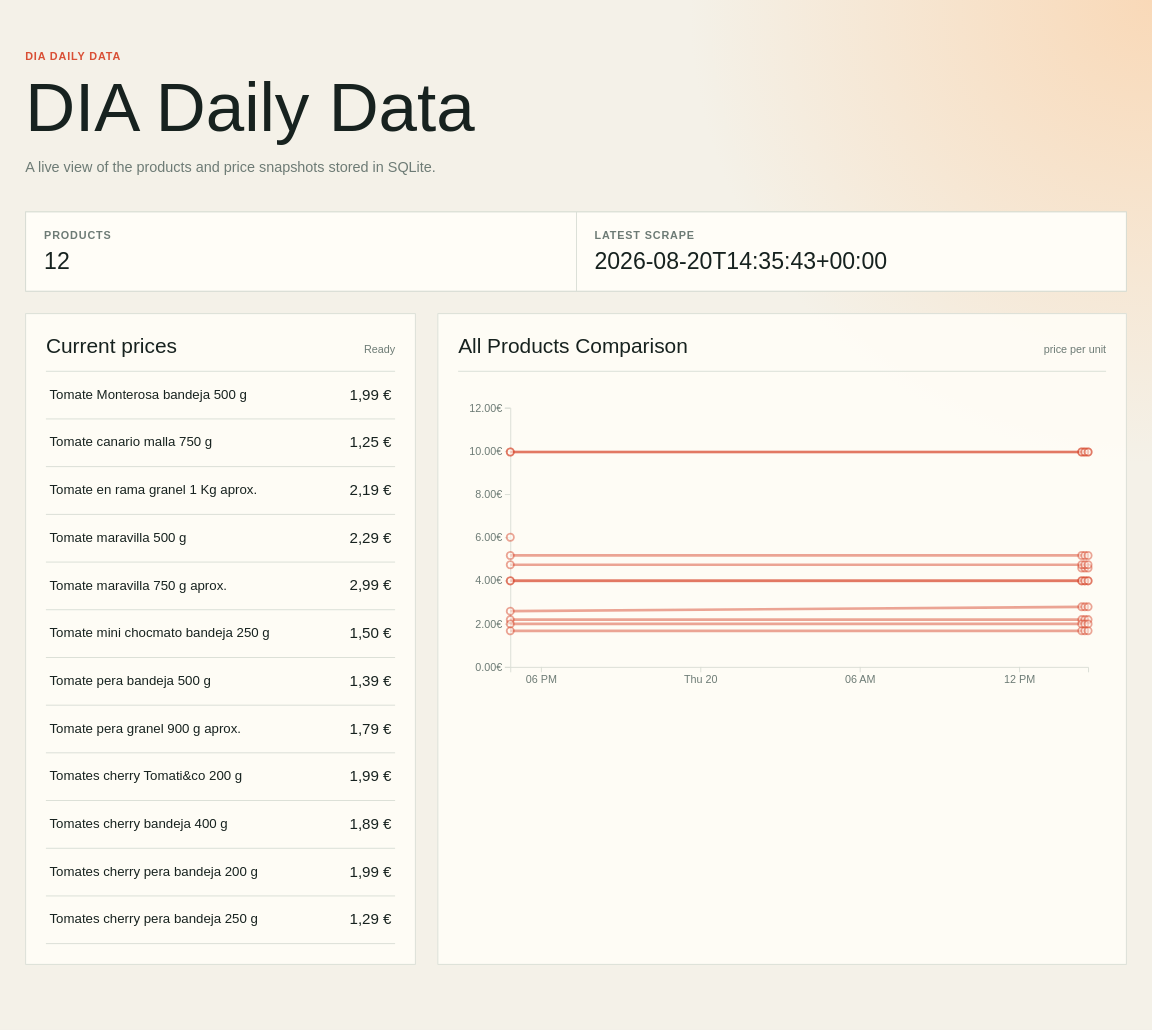
Repository: lloop/dia-daily-data
Page: http://localhost/
An editor plug-in stored every save of this project. The page is shown before and after the next save, followed by the edit.
The browser window is 1280 px wide. The pictures show the whole page, at 90% of full size.
The page is served by the project's application, run on Flask 3 (app.py). Other server files are loaded and not shown. The page reads the database file committed with the project.

Above is the page before, as saved 2026-08-20 17:01:28.

### templates/index.html
<!doctype html>
<html lang="en">
<head>
  <meta charset="utf-8">
  <meta name="viewport" content="width=device-width, initial-scale=1">
  <title>Daily Price Changes From DIA</title>
  <link rel="stylesheet" href="{{ url_for('static', filename='styles.css') }}">
</head>
<body>
  <main class="dashboard">
    <header class="dashboard__header">
      <p class="eyebrow">DIA Daily Data</p>
      <h1>DIA Daily Data</h1>
      <p class="lede">A live view of the products and price snapshots stored in SQLite.</p>
    </header>

    <section class="summary" aria-label="Database summary">
      <div><span class="summary__label">Products</span><strong id="product-count">-</strong></div>
      <div><span class="summary__label">Latest scrape</span><strong id="latest-scrape">-</strong></div>
    </section>

    <section class="content-grid">
      <div class="panel">
        <div class="panel__heading">
          <h2>Current prices</h2>
          <span id="status">Loading...</span>
        </div>
        <div id="product-list" class="product-list"></div>
      </div>

      <div class="panel panel--chart">
        <div class="panel__heading">
          <h2 id="chart-title">Price history</h2>
          <span id="chart-unit"></span>
        </div>
        <svg id="price-chart" role="img" aria-label="Selected product price history"></svg>
        <p id="empty-chart" class="empty-state">Select a product to inspect its price history.</p>
      </div>
    </section>
  </main>

  <script src="https://cdn.jsdelivr.net/npm/d3@7"></script>
  <script src="{{ url_for('static', filename='app.js') }}"></script>
</body>
</html>

### app.py
"""Flask server for exploring scraped DIA product and price data."""

import json
import sqlite3
from pathlib import Path

from flask import Flask, jsonify, render_template

from config import DATABASE_FILE


def create_app(database_path=None):
    """Create the Flask application, optionally using a test database."""
    app = Flask(__name__)
    app.config['DATABASE_FILE'] = Path(database_path or DATABASE_FILE)

    def query_database(query, parameters=()):
        database_file = app.config['DATABASE_FILE']
        if not database_file.exists():
            return []

        with sqlite3.connect(database_file) as connection:
            connection.row_factory = sqlite3.Row
            return [dict(row) for row in connection.execute(query, parameters)]

    @app.get('/')
    def index():
        return render_template('index.html')

    @app.get('/api/products')
    def products():
        rows = query_database(
            """
            SELECT
                products.id,
                products.name,
                products.item_type,
                products.metadata_json,
                latest.price,
                latest.currency,
                latest.raw_price_per_unit,
                latest.unit_price_eur,
                latest.availability,
                latest.scraped_at
            FROM products
            LEFT JOIN price_logs AS latest
                ON latest.id = (
                    SELECT price_logs.id
                    FROM price_logs
                    WHERE price_logs.product_id = products.id
                    ORDER BY price_logs.scraped_at DESC, price_logs.id DESC
                    LIMIT 1
                )
            ORDER BY products.name
            """
        )

        for row in rows:
            row['metadata'] = json.loads(row.pop('metadata_json') or '{}')

        return jsonify(rows)

    @app.get('/api/products/<int:product_id>/price-history')
    def price_history(product_id):
        rows = query_database(
            """
            SELECT price, currency, raw_price_per_unit, unit_price_eur,
                   availability, scraped_at
            FROM price_logs
            WHERE product_id = ?
            ORDER BY scraped_at, id
            """,
            (product_id,),
        )
        return jsonify(rows)

    return app


app = create_app()


if __name__ == '__main__':
    app.run(debug=True)

### static/styles.css
:root {
  color-scheme: light;
  --ink: #17221f;
  --muted: #6d7b75;
  --paper: #f4f1e8;
  --panel: #fffdf7;
  --line: #d8ddd4;
  --accent: #d94f35;
  --accent-soft: #f5d7c8;
}

* { box-sizing: border-box; }
body { margin: 0; background: radial-gradient(circle at top right, #f9d9b8 0, transparent 30%), var(--paper); color: var(--ink); font-family: Arial, Helvetica, sans-serif;}
.dashboard { max-width: 1280px; margin: 0 auto; padding: 56px 28px 72px; }
.dashboard__header { max-width: 700px; margin-bottom: 36px; }
.eyebrow, .summary__label, #status, #chart-unit { font: 600 0.75rem/1.2 Arial, sans-serif; letter-spacing: 0.08em; text-transform: uppercase; }
.eyebrow { color: var(--accent); margin: 0 0 12px; }
h1 { font-size: clamp(2.5rem, 6vw, 5.25rem); line-height: 0.95; margin: 0 0 18px; font-weight: 500; }
.lede { color: var(--muted); font: 1rem/1.6 Arial, sans-serif; margin: 0; }
.summary { display: flex; gap: 1px; margin-bottom: 24px; background: var(--line); border: 1px solid var(--line); }
.summary > div { flex: 1; background: var(--panel); padding: 18px 20px; }
.summary__label { display: block; color: var(--muted); margin-bottom: 8px; }
.summary strong { font-size: 1.6rem; font-weight: 500; }
.content-grid { display: grid; grid-template-columns: minmax(260px, 0.85fr) minmax(420px, 1.5fr); gap: 24px; }
.panel { background: rgba(255, 253, 247, 0.9); border: 1px solid var(--line); padding: 22px; min-height: 420px; }
.panel__heading { display: flex; align-items: baseline; justify-content: space-between; gap: 16px; border-bottom: 1px solid var(--line); padding-bottom: 14px; }
h2 { font-size: 1.45rem; font-weight: 500; margin: 0; }
#status, #chart-unit { color: var(--muted); letter-spacing: 0; text-transform: none; font-weight: 400; }
.product-list { display: grid; }
.product-button { display: flex; justify-content: space-between; gap: 16px; width: 100%; text-align: left; border: 0; border-bottom: 1px solid var(--line); background: transparent; color: inherit; padding: 16px 4px; cursor: pointer; }
.product-button:hover, .product-button.is-selected { background: var(--accent-soft); padding-left: 10px; padding-right: 10px; }
.product-name { font: 0.92rem/1.35 Arial, sans-serif; }
.product-price { white-space: nowrap; font-size: 1.05rem; }
#price-chart { width: 100%; height: 350px; margin-top: 20px; overflow: visible; }
.axis text { fill: var(--muted); font: 12px Arial, sans-serif; }
.axis path, .axis line { stroke: var(--line); }
.chart-line { fill: none; stroke: var(--accent); stroke-width: 3; }
.chart-dot { fill: var(--panel); stroke: var(--accent); stroke-width: 2; }
.empty-state { color: var(--muted); font: 0.95rem/1.5 Arial, sans-serif; }
@media (max-width: 800px) { .dashboard { padding: 34px 16px 48px; } .content-grid { grid-template-columns: 1fr; } .summary { flex-direction: column; } .panel--chart { min-height: 360px; } }

### static/app.js
const state = { products: [], histories: {}, selectedId: null };

const productList = document.querySelector('#product-list');
const status = document.querySelector('#status');
const productCount = document.querySelector('#product-count');
const latestScrape = document.querySelector('#latest-scrape');
const chartTitle = document.querySelector('#chart-title');
const chartUnit = document.querySelector('#chart-unit');
const chart = d3.select('#price-chart');
const emptyChart = document.querySelector('#empty-chart');

// Color scale to give each tomato line a unique color
const colorScale = d3.scaleOrdinal(d3.schemeCategory10);

function formatPrice(value, currency = 'EUR') {
  if (value === null || value === undefined) return 'No price';
  return new Intl.NumberFormat('es-ES', { style: 'currency', currency }).format(value);
}

function renderProducts() {
  productList.replaceChildren();
  state.products.forEach(product => {
    const button = document.createElement('button');
    button.className = 'product-button';
    button.dataset.productId = product.id;
    button.innerHTML = `<span class="product-name">${product.name}</span><span class="product-price">${formatPrice(product.price, product.currency)}</span>`;

    // Hover over sidebar button to highlight corresponding line on the chart
    button.addEventListener('mouseenter', () => highlightProduct(product.id));
    button.addEventListener('mouseleave', () => resetHighlight());

    // Click button to isolate/select product title
    button.addEventListener('click', () => selectProduct(product.id));
    productList.append(button);
  });
}

function drawChart() {
  const width = chart.node().clientWidth || 600;
  const height = 350;
  const margin = { top: 20, right: 20, bottom: 42, left: 58 };

  chart.attr('viewBox', `0 0 ${width} ${height}`).selectAll('*').remove();

  // Combine all product histories into arrays for plotting
  const allSeries = state.products.map(product => {
    const rawHistory = state.histories[product.id] || [];
    return {
      product,
      values: rawHistory.map(item => ({ ...item, date: new Date(item.scraped_at) }))
    };
  }).filter(series => series.values.length > 0);

  const hasData = allSeries.length > 0;
  emptyChart.hidden = hasData;
  chartUnit.textContent = hasData ? 'price per unit' : '';
  if (!hasData) return;

  // Flatten values across all products to calculate global X and Y domains
  const allPoints = allSeries.flatMap(s => s.values);
  const x = d3.scaleTime()
    .domain(d3.extent(allPoints, d => d.date))
    .range([margin.left, width - margin.right]);

  const y = d3.scaleLinear()
    .domain([0, d3.max(allPoints, d => d.unit_price_eur) * 1.15 || 1])
    .nice()
    .range([height - margin.bottom, margin.top]);

  const line = d3.line()
    .x(d => x(d.date))
    .y(d => y(d.unit_price_eur));

  // Axes
  chart.append('g')
    .attr('class', 'axis')
    .attr('transform', `translate(0,${height - margin.bottom})`)
    .call(d3.axisBottom(x).ticks(5));

  chart.append('g')
    .attr('class', 'axis')
    .attr('transform', `translate(${margin.left},0)`)
    .call(d3.axisLeft(y).ticks(5).tickFormat(value => `${value.toFixed(2)}€`));

  // Render Overlaid Lines (50% Opacity)
  allSeries.forEach(series => {
    const lineColor = colorScale(series.product.id);

    chart.append('path')
      .datum(series.values)
      .attr('class', `chart-line line-product-${series.product.id}`)
      .attr('d', line)
      .attr('fill', 'none')
      .attr('stroke', lineColor)
      .attr('stroke-width', 2)
      .attr('opacity', 0.5);

    // Data points for hover feedback
    chart.selectAll(`.chart-dot-${series.product.id}`)
      .data(series.values)
      .join('circle')
      .attr('class', `chart-dot chart-dot-${series.product.id}`)
      .attr('r', 4)
      .attr('cx', item => x(item.date))
      .attr('cy', item => y(item.unit_price_eur))
      .attr('fill', lineColor)
      .attr('opacity', 0.5)
      .on('mouseenter', () => highlightProduct(series.product.id))
      .on('mouseleave', () => resetHighlight())
      .append('title')
      .text(item => `${series.product.name}\n${formatPrice(item.unit_price_eur)} - ${item.scraped_at}`);
  });
}

function highlightProduct(productId) {
  // Dim all lines to 15% opacity, highlight selected line at 100% opacity
  chart.selectAll('.chart-line')
    .attr('opacity', 0.15)
    .attr('stroke-width', 2);

  chart.selectAll('.chart-dot')
    .attr('opacity', 0.15);

  chart.selectAll(`.line-product-${productId}`)
    .attr('opacity', 1)
    .attr('stroke-width', 4);

  chart.selectAll(`.chart-dot-${productId}`)
    .attr('opacity', 1);
}

function resetHighlight() {
  // Restore all lines to 50% opacity
  chart.selectAll('.chart-line')
    .attr('opacity', 0.5)
    .attr('stroke-width', 2);

  chart.selectAll('.chart-dot')
    .attr('opacity', 0.5);
}

function selectProduct(productId) {
  state.selectedId = productId;
  document.querySelectorAll('.product-button').forEach(button => {
    button.classList.toggle('is-selected', Number(button.dataset.productId) === productId);
  });
  const product = state.products.find(item => item.id === productId);
  if (product) {
    chartTitle.textContent = product.name;
  }
}

async function loadProducts() {
  const response = await fetch('/api/products');
  state.products = await response.json();
  productCount.textContent = state.products.length;
  latestScrape.textContent = state.products.reduce((latest, item) => item.scraped_at > latest ? item.scraped_at : latest, '-') || '-';
  status.textContent = state.products.length ? 'Loading history...' : 'No database records';

  renderProducts();

  // Fetch price history for all products in parallel
  const historyPromises = state.products.map(product =>
    fetch(`/api/products/${product.id}/price-history`)
      .then(res => res.json())
      .then(data => { state.histories[product.id] = data; })
  );

  await Promise.all(historyPromises);

  status.textContent = state.products.length ? 'Ready' : 'No database records';
  chartTitle.textContent = 'All Products Comparison';
  drawChart();
}

loadProducts().catch(error => {
  status.textContent = 'Unable to load data';
  console.error(error);
});

### output/dia_products.sqlite3 (the tables this page reads, as SQL)
CREATE TABLE price_logs (
    id INTEGER PRIMARY KEY,
    product_id INTEGER NOT NULL,
    price REAL,
    currency TEXT,
    raw_price_per_unit TEXT,
    unit_price_eur REAL,
    availability TEXT,
    scraped_at DATETIME NOT NULL,
    FOREIGN KEY (product_id) REFERENCES products(id)
);
INSERT INTO "price_logs" VALUES
(1, 1, 1.29, 'EUR', '(2,58 €/KILO)', 2.58, 'https://schema.org/InStock', '2026-08-19T16:50:45+00:00'),
(2, 2, 2.19, 'EUR', '(2,19 €/KILO)', 2.19, 'https://schema.org/InStock', '2026-08-19T16:50:45+00:00'),
(3, 3, 1.99, 'EUR', '(9,95 €/KILO)', 9.95, 'https://schema.org/InStock', '2026-08-19T16:50:45+00:00'),
(4, 4, 1.29, 'EUR', '(5,16 €/KILO)', 5.16, 'https://schema.org/InStock', '2026-08-19T16:50:45+00:00'),
(5, 5, 1.79, 'EUR', '(1,99 €/KILO)', 1.99, 'https://schema.org/InStock', '2026-08-19T16:50:45+00:00'),
(6, 6, 1.89, 'EUR', '(4,73 €/KILO)', 4.73, 'https://schema.org/InStock', '2026-08-19T16:50:45+00:00'),
(7, 7, 1.99, 'EUR', '(3,98 €/KILO)', 3.98, 'https://schema.org/InStock', '2026-08-19T16:50:45+00:00'),
(8, 8, 1.25, 'EUR', '(1,67 €/KILO)', 1.67, 'https://schema.org/InStock', '2026-08-19T16:50:45+00:00'),
(9, 9, 2.99, 'EUR', '(3,99 €/KILO)', 3.99, 'https://schema.org/OutOfStock', '2026-08-19T16:50:45+00:00'),
(10, 10, 1.5, 'EUR', '(6,00 €/KILO)', 6.0, 'https://schema.org/InStock', '2026-08-19T16:50:45+00:00'),
(11, 11, 1.99, 'EUR', '(9,95 €/KILO)', 9.95, 'https://schema.org/InStock', '2026-08-19T16:50:45+00:00'),
(12, 1, 1.39, 'EUR', '(2,78 €/KILO)', 2.78, 'https://schema.org/InStock', '2026-08-20T14:21:22+00:00'),
(13, 2, 2.19, 'EUR', '(2,19 €/KILO)', 2.19, 'https://schema.org/InStock', '2026-08-20T14:21:22+00:00'),
(14, 3, 1.99, 'EUR', '(9,95 €/KILO)', 9.95, 'https://schema.org/InStock', '2026-08-20T14:21:22+00:00'),
(15, 4, 1.29, 'EUR', '(5,16 €/KILO)', 5.16, 'https://schema.org/InStock', '2026-08-20T14:21:22+00:00'),
(16, 5, 1.79, 'EUR', '(1,99 €/KILO)', 1.99, 'https://schema.org/InStock', '2026-08-20T14:21:22+00:00'),
(17, 6, 1.89, 'EUR', '(4,73 €/KILO)', 4.73, 'https://schema.org/InStock', '2026-08-20T14:21:22+00:00'),
(18, 7, 1.99, 'EUR', '(3,98 €/KILO)', 3.98, 'https://schema.org/InStock', '2026-08-20T14:21:22+00:00'),
(19, 8, 1.25, 'EUR', '(1,67 €/KILO)', 1.67, 'https://schema.org/InStock', '2026-08-20T14:21:22+00:00'),
(20, 9, 2.99, 'EUR', '(3,99 €/KILO)', 3.99, 'https://schema.org/OutOfStock', '2026-08-20T14:21:22+00:00'),
(21, 11, 1.99, 'EUR', '(9,95 €/KILO)', 9.95, 'https://schema.org/InStock', '2026-08-20T14:21:22+00:00'),
(22, 12, 2.29, 'EUR', '(4,58 €/KILO)', 4.58, 'https://schema.org/InStock', '2026-08-20T14:21:22+00:00'),
(23, 1, 1.39, 'EUR', '(2,78 €/KILO)', 2.78, 'https://schema.org/InStock', '2026-08-20T14:28:25+00:00'),
(24, 2, 2.19, 'EUR', '(2,19 €/KILO)', 2.19, 'https://schema.org/InStock', '2026-08-20T14:28:25+00:00'),
(25, 3, 1.99, 'EUR', '(9,95 €/KILO)', 9.95, 'https://schema.org/InStock', '2026-08-20T14:28:25+00:00'),
(26, 4, 1.29, 'EUR', '(5,16 €/KILO)', 5.16, 'https://schema.org/InStock', '2026-08-20T14:28:25+00:00'),
(27, 5, 1.79, 'EUR', '(1,99 €/KILO)', 1.99, 'https://schema.org/InStock', '2026-08-20T14:28:25+00:00'),
(28, 6, 1.89, 'EUR', '(4,73 €/KILO)', 4.73, 'https://schema.org/InStock', '2026-08-20T14:28:25+00:00'),
(29, 7, 1.99, 'EUR', '(3,98 €/KILO)', 3.98, 'https://schema.org/InStock', '2026-08-20T14:28:25+00:00'),
(30, 8, 1.25, 'EUR', '(1,67 €/KILO)', 1.67, 'https://schema.org/InStock', '2026-08-20T14:28:25+00:00'),
(31, 9, 2.99, 'EUR', '(3,99 €/KILO)', 3.99, 'https://schema.org/OutOfStock', '2026-08-20T14:28:25+00:00'),
(32, 11, 1.99, 'EUR', '(9,95 €/KILO)', 9.95, 'https://schema.org/InStock', '2026-08-20T14:28:25+00:00'),
(33, 12, 2.29, 'EUR', '(4,58 €/KILO)', 4.58, 'https://schema.org/InStock', '2026-08-20T14:28:25+00:00'),
(34, 1, 1.39, 'EUR', '(2,78 €/KILO)', 2.78, 'https://schema.org/InStock', '2026-08-20T14:35:43+00:00'),
(35, 2, 2.19, 'EUR', '(2,19 €/KILO)', 2.19, 'https://schema.org/InStock', '2026-08-20T14:35:43+00:00'),
(36, 3, 1.99, 'EUR', '(9,95 €/KILO)', 9.95, 'https://schema.org/InStock', '2026-08-20T14:35:43+00:00'),
(37, 4, 1.29, 'EUR', '(5,16 €/KILO)', 5.16, 'https://schema.org/InStock', '2026-08-20T14:35:43+00:00'),
(38, 5, 1.79, 'EUR', '(1,99 €/KILO)', 1.99, 'https://schema.org/InStock', '2026-08-20T14:35:43+00:00'),
(39, 6, 1.89, 'EUR', '(4,73 €/KILO)', 4.73, 'https://schema.org/InStock', '2026-08-20T14:35:43+00:00'),
(40, 7, 1.99, 'EUR', '(3,98 €/KILO)', 3.98, 'https://schema.org/InStock', '2026-08-20T14:35:43+00:00'),
(41, 8, 1.25, 'EUR', '(1,67 €/KILO)', 1.67, 'https://schema.org/InStock', '2026-08-20T14:35:43+00:00'),
(42, 9, 2.99, 'EUR', '(3,99 €/KILO)', 3.99, 'https://schema.org/OutOfStock', '2026-08-20T14:35:43+00:00'),
(43, 11, 1.99, 'EUR', '(9,95 €/KILO)', 9.95, 'https://schema.org/InStock', '2026-08-20T14:35:43+00:00'),
(44, 12, 2.29, 'EUR', '(4,58 €/KILO)', 4.58, 'https://schema.org/InStock', '2026-08-20T14:35:43+00:00');

CREATE TABLE products (
    id INTEGER PRIMARY KEY,
    name TEXT UNIQUE NOT NULL,
    item_type TEXT,
    metadata_json TEXT NOT NULL
);
INSERT INTO "products" VALUES
(1, 'Tomate pera bandeja 500 g', 'Product', '{"type": "Product", "info_labels": ["Calibre: + 57MM-75MM", "Categoria: I", "Variedad: PERA", "Origen: PORTUGAL", "Tipo de producto: Tomates"]}'),
(2, 'Tomate en rama granel 1 Kg aprox.', 'Product', '{"type": "Product", "info_labels": ["Calibre: 57 + MM", "Categoria: I", "Variedad: RAMA", "Origen: VER ENVASE", "Tipo de producto: Tomates"]}'),
(3, 'Tomates cherry Tomati&co 200 g', 'Product', '{"type": "Product", "info_labels": ["Calibre: 18-35MM", "Categoria: I", "Variedad: VITALION", "Origen: ESPAÑA", "Tipo de producto: Tomates"]}'),
(4, 'Tomates cherry pera bandeja 250 g', 'Product', '{"type": "Product", "info_labels": ["Calibre: 17-35 MM", "Categoria: I", "Variedad: CHERRY PERA, ANGELLE", "Origen: ESPAÑA", "Tipo de producto: Tomates"]}'),
(5, 'Tomate pera granel 900 g aprox.', 'Product', '{"type": "Product", "info_labels": ["Calibre: 47-66MM", "Categoria: I", "Variedad: PERA", "Origen: PORTUGAL", "Tipo de producto: Tomates"]}'),
(6, 'Tomates cherry bandeja 400 g', 'Product', '{"type": "Product", "info_labels": ["Calibre: 18 MM - 32 MM", "Categoria: I", "Variedad: CHERRY REDONDO, KARELYA", "Origen: ESPAÑA", "Tipo de producto: Tomates"]}'),
(7, 'Tomate Monterosa bandeja 500 g', 'Product', '{"type": "Product", "info_labels": ["Calibre: +67MM-", "Categoria: I", "Variedad: MONTEROSA", "Origen: VER ENVASE", "Tipo de producto: Tomates"]}'),
(8, 'Tomate canario malla 750 g', 'Product', '{"type": "Product", "info_labels": ["Calibre: 47MM-66MM", "Categoria: I", "Variedad: -", "Origen: PORTUGAL", "Tipo de producto: Tomates"]}'),
(9, 'Tomate maravilla 750 g aprox.', 'Product', '{"type": "Product", "info_labels": ["Calibre: + 67MM", "Categoria: I", "Variedad: MARAVILLA", "Origen: ESPAÑA", "Tipo de producto: Tomates"]}'),
(10, 'Tomate mini chocmato bandeja 250 g', 'Product', '{"type": "Product", "info_labels": ["Calibre: 17-35MM", "Categoria: I", "Variedad: MINI CHOCMATO", "Origen: ESPAÑA", "Tipo de producto: Tomates"]}'),
(11, 'Tomates cherry pera bandeja 200 g', 'Product', '{"type": "Product", "info_labels": ["Calibre: 20-35 MM", "Categoria: I", "Variedad: CHERRY PERA LOBELLO", "Origen: ESPAÑA", "Tipo de producto: Tomates"]}'),
(12, 'Tomate maravilla 500 g', 'Product', '{"type": "Product", "info_labels": ["Calibre: 57 MM", "Categoria: I", "Variedad: MARAVILLA", "Origen: ESPAÑA", "Tipo de producto: Tomates"]}');

After the next save:
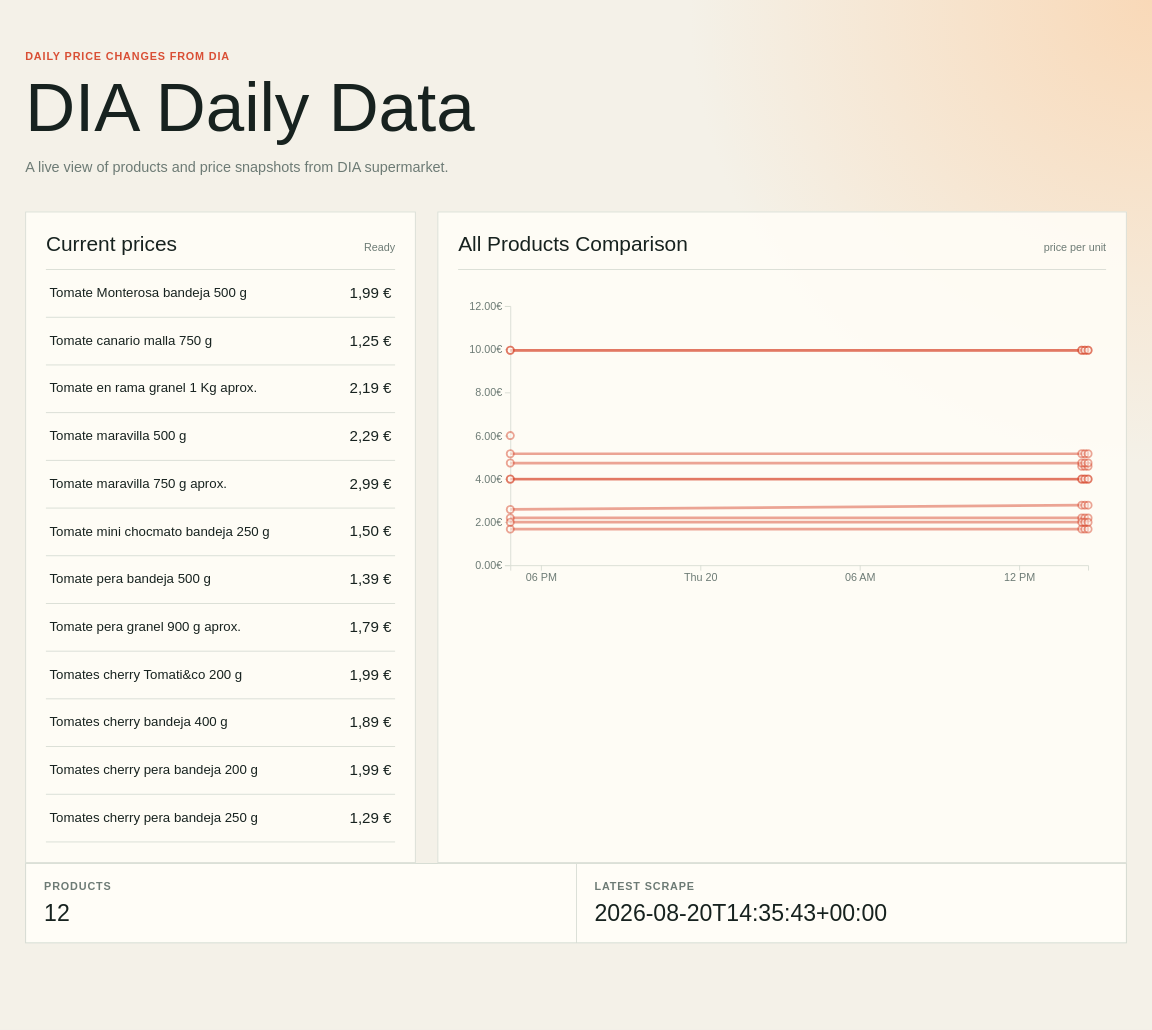
Saved 6 min 29 s later.
--- a/templates/index.html
+++ b/templates/index.html
@@ -9,15 +9,10 @@
 <body>
   <main class="dashboard">
     <header class="dashboard__header">
-      <p class="eyebrow">DIA Daily Data</p>
+      <p class="eyebrow">Daily Price Changes From DIA</p>
       <h1>DIA Daily Data</h1>
-      <p class="lede">A live view of the products and price snapshots stored in SQLite.</p>
+      <p class="lede">A live view of products and price snapshots from DIA supermarket.</p>
     </header>
-
-    <section class="summary" aria-label="Database summary">
-      <div><span class="summary__label">Products</span><strong id="product-count">-</strong></div>
-      <div><span class="summary__label">Latest scrape</span><strong id="latest-scrape">-</strong></div>
-    </section>
 
     <section class="content-grid">
       <div class="panel">
@@ -37,6 +32,12 @@
         <p id="empty-chart" class="empty-state">Select a product to inspect its price history.</p>
       </div>
     </section>
+
+    <section class="summary" aria-label="Database summary">
+      <div><span class="summary__label">Products</span><strong id="product-count">-</strong></div>
+      <div><span class="summary__label">Latest scrape</span><strong id="latest-scrape">-</strong></div>
+    </section>
+
   </main>
 
   <script src="https://cdn.jsdelivr.net/npm/d3@7"></script>
